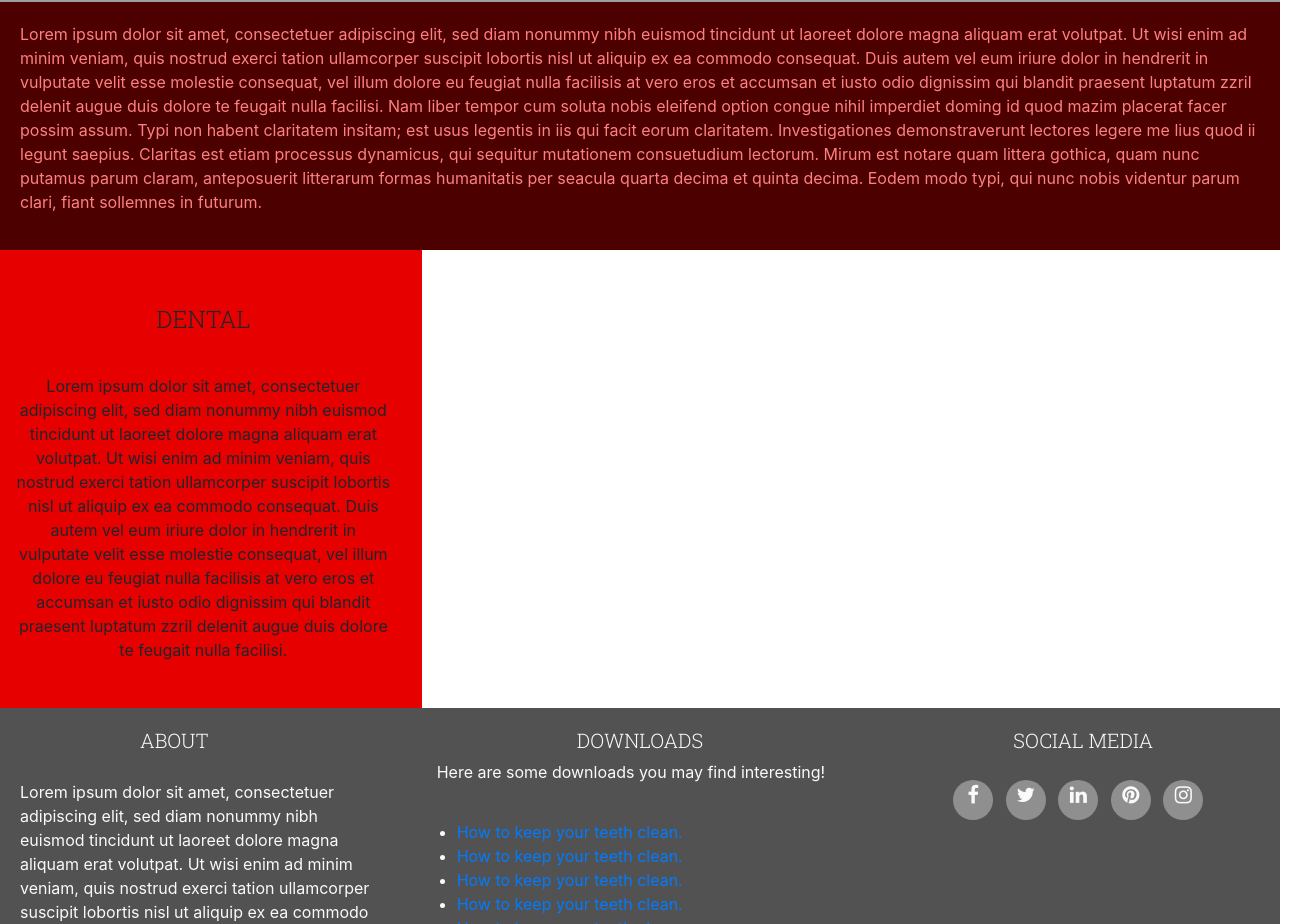
Repository: Code-Institute-Submissions/Rajjabbal-milestone-project
Page: dental.html
The author's editor kept a record of every edit. The page is drawn from the files as they stood at one moment, then again after the next edit.
The browser window is 1280 px wide. The page is 1295 px wide, so the pictures cover 1295 px, including what lies to the right of the window. The pictures show the part of the page from y = 807 to 1731 px (the page is 1931 px tall before and 1739 px after).
Pictures or frames that could not be fetched are drawn as grey boxes. Some web libraries are served in a nearby version.

Above is the page before.

After the next edit:
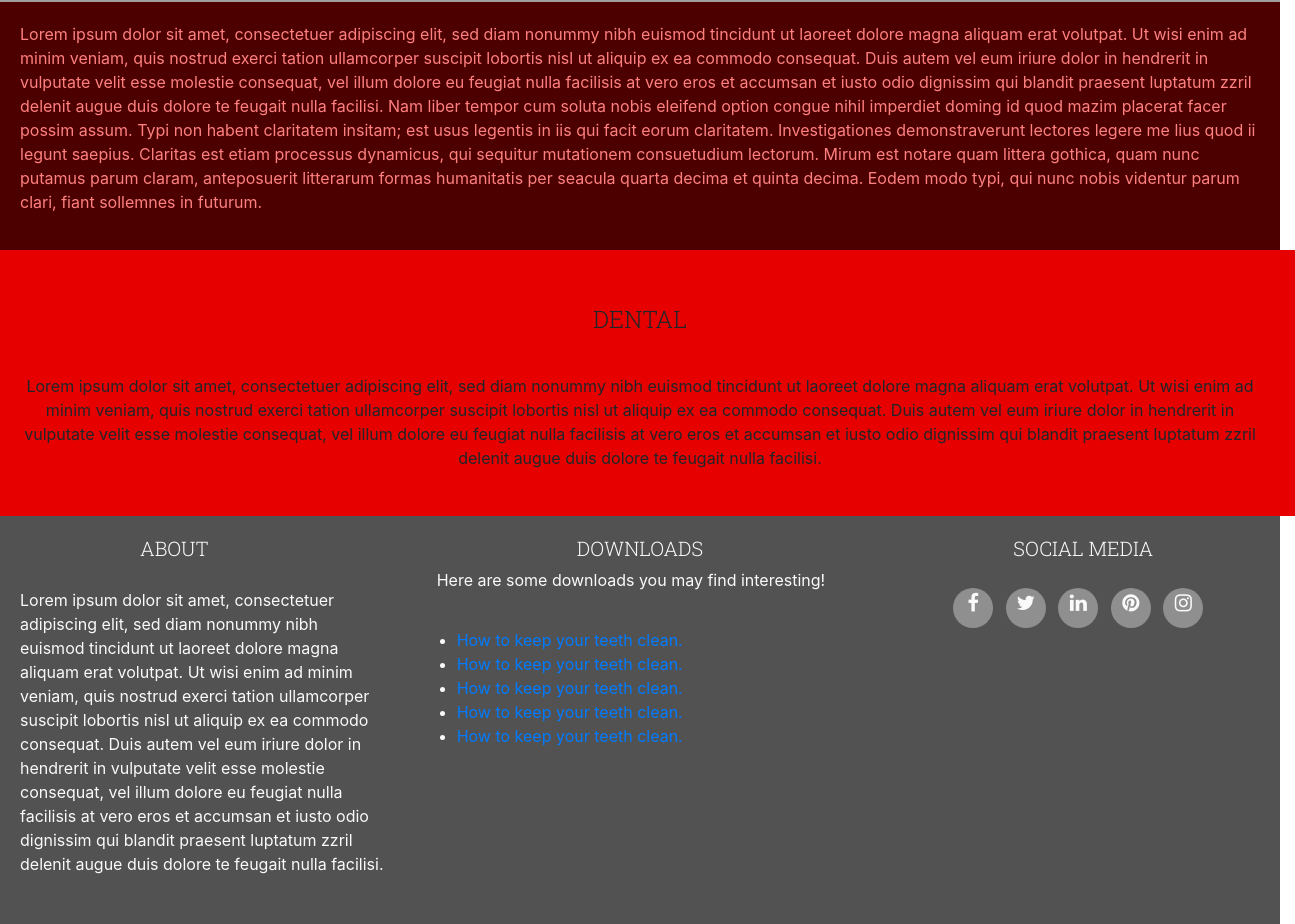
The edit:
--- a/dental.html
+++ b/dental.html
@@ -64,7 +64,7 @@
         </div>
 
         <div class="row">
-            <div class="col-md-4 bg-color-dental section-column">
+            <div class="col-md-12 bg-color-dental section-column">
                 <h4 class="section-heading uppercase">DENTAL</h4>
                 <p>Lorem ipsum dolor sit amet, consectetuer adipiscing elit, sed diam nonummy nibh euismod tincidunt ut laoreet dolore magna aliquam erat volutpat. Ut wisi enim ad minim veniam, quis nostrud exerci tation ullamcorper suscipit lobortis nisl ut aliquip ex
                     ea commodo consequat. Duis autem vel eum iriure dolor in hendrerit in vulputate velit esse molestie consequat, vel illum dolore eu feugiat nulla facilisis at vero eros et accumsan et iusto odio dignissim qui blandit praesent luptatum
